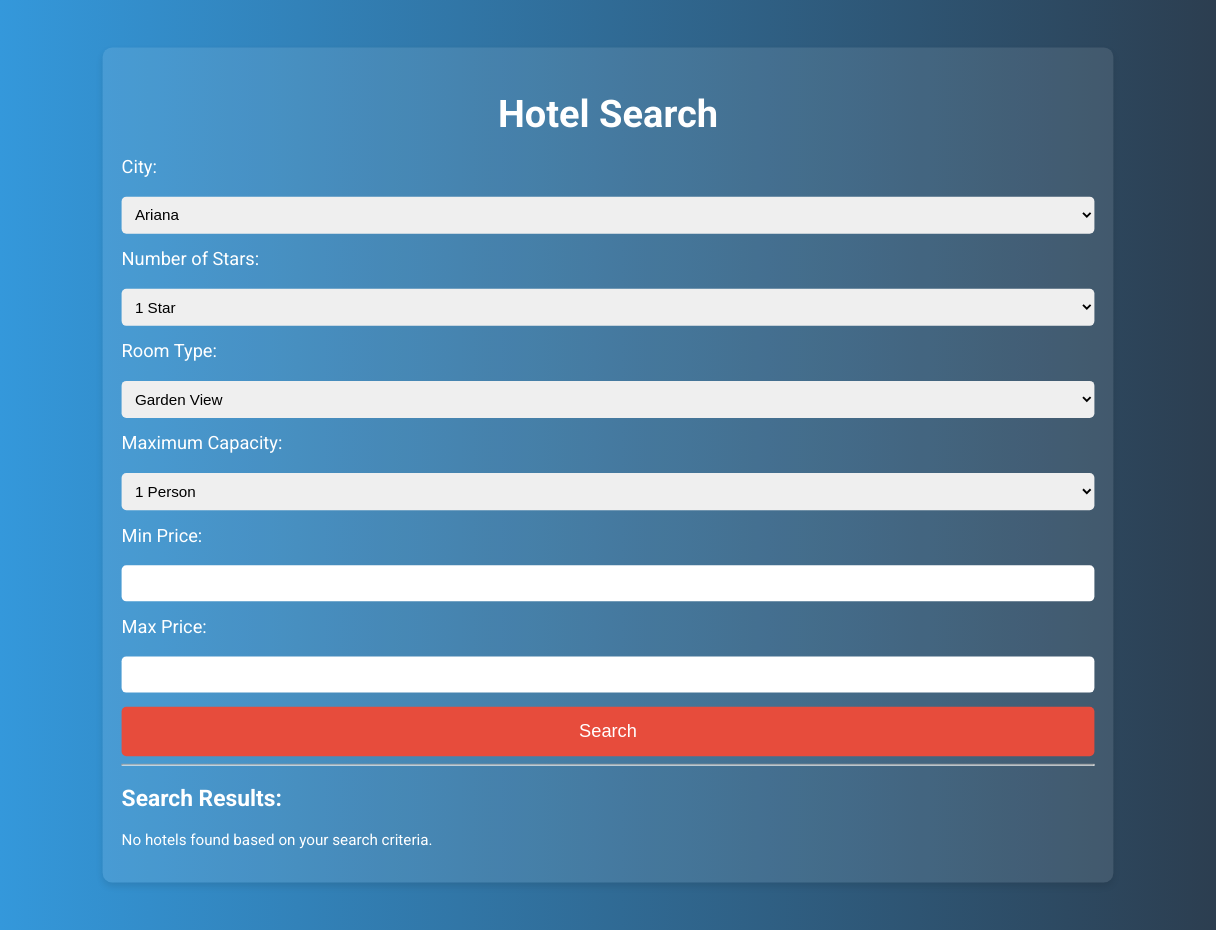
Repository: ToumiFourat/HotelManagementt
Page: http://localhost/Hotell/views/index.jsp
These files come from the project's save history. The page is drawn as it stood at one moment and after the next save; the edit follows.
The browser window is 1280 px wide. The pictures show the whole page, at 95% of full size.
The page is served by Tomcat 10. Other server files are loaded and not shown.

Above is the page before, as saved 2024-12-13 11:42:21.

### Hotell/src/main/webapp/views/index.jsp
<%@ page contentType="text/html;charset=UTF-8" language="java" %>
	<%@ page import="java.util.List" %>
<%@ page import="model.Hotel" %>
<!DOCTYPE html>
<html>
<head>
    <meta charset="UTF-8">
    <title>Hotel Search</title>
    <style>
        @import url('https://fonts.googleapis.com/css2?family=Roboto:wght@400;700&display=swap');

        body {
            font-family: 'Roboto', sans-serif;
            margin: 0;
            padding: 0;
            background: linear-gradient(to right, #3498db, #2c3e50);
            color: #fff;
        }

        .container {
            width: 80%;
            margin: 50px auto;
            padding: 20px;
            background: rgba(255, 255, 255, 0.1);
            border-radius: 10px;
            box-shadow: 0 4px 8px rgba(0, 0, 0, 0.1);
            animation: fadeIn 1s ease-in-out;
        }

        h1 {
            text-align: center;
            font-size: 2.5em;
            margin-bottom: 20px;
            color: #fff;
        }

        form {
            display: flex;
            flex-direction: column;
            gap: 15px;
            animation: slideIn 1s ease-in-out;
        }

        label {
            font-size: 1.2em;
            margin-bottom: 5px;
        }

        input[type="text"], input[type="number"], select {
            padding: 10px;
            font-size: 1em;
            border: none;
            border-radius: 5px;
            width: 100%;
            box-sizing: border-box;
        }

        button {
            padding: 15px;
            font-size: 1.2em;
            color: #fff;
            background-color: #e74c3c;
            border: none;
            border-radius: 5px;
            cursor: pointer;
            transition: background-color 0.3s ease;
        }

        button:hover {
            background-color: #c0392b;
        }

        .results {
            margin-top: 20px;
            animation: fadeIn 2s ease-in-out;
        }

        .result-item {
            background: rgba(255, 255, 255, 0.3);
            padding: 10px;
            border-radius: 5px;
            margin-bottom: 10px;
            transition: transform 0.3s ease;
            display: flex;
            align-items: center;
        }

        .result-item img {
            width: 150px;
            height: 100px;
            object-fit: cover;
            margin-right: 20px;
        }

        .result-item:hover {
            transform: scale(1.05);
        }

        .result-item h3 {
            margin: 0;
            color: #fff;
        }

        .result-item p {
            margin: 5px 0;
            color: #ddd;
        }

        @keyframes fadeIn {
            from {
                opacity: 0;
            }
            to {
                opacity: 1;
            }
        }

        @keyframes slideIn {
            from {
                transform: translateY(50px);
                opacity: 0;
            }
            to {
                transform: translateY(0);
                opacity: 1;
            }
        }
    </style>
</head>
<body>
    <div class="container">
        <h1>Hotel Search</h1>
        <form action="${pageContext.request.contextPath}/SearchServlet"  method="post">
        <label>City:</label>
        <select name="city" required>
            <option value="Ariana">Ariana</option>
            <option value="Sousse">Sousse</option>
            <option value="Monastir">Monastir</option>
        </select>

        <label>Number of Stars:</label>
        <select name="stars" required>
            <option value="1">1 Star</option>
            <option value="2">2 Stars</option>
            <option value="3">3 Stars</option>
            <option value="4">4 Stars</option>
            <option value="5">5 Stars</option>
        </select>

        <label>Room Type:</label>
        <select name="roomType" required>
            <option value="gardenView">Garden View</option>
            <option value="seaView">Sea View</option>
            <option value="suite">Suite</option>
        </select>

        <label>Maximum Capacity:</label>
        <select name="capacity" required>
            <option value="1">1 Person</option>
            <option value="2">2 People</option>
            <option value="3">3 People</option>
            <option value="4">4 People</option>
        </select>

        <label>Min Price:</label>
        <input type="number" name="minPrice" min="0" required>

        <label>Max Price:</label>
        <input type="number" name="maxPrice" min="0" required>

        <button type="submit">Search</button>
    </form>

    <hr>

    <!-- Afficher les résultats si disponibles -->
    <h2>Search Results:</h2>
    <div>
        <%
            List<String> hotels = (List<String>) request.getAttribute("hotelResults");
            if (hotels != null && !hotels.isEmpty()) {
                for (String hotel : hotels) {
        %>
            <div><%= hotel %></div>
        <%
                }
            } else {
        %>
            <p>No hotels found based on your search criteria.</p>
        <%
            }
        %>
    </div>
    </div>
</body>
</html>

After the next save:
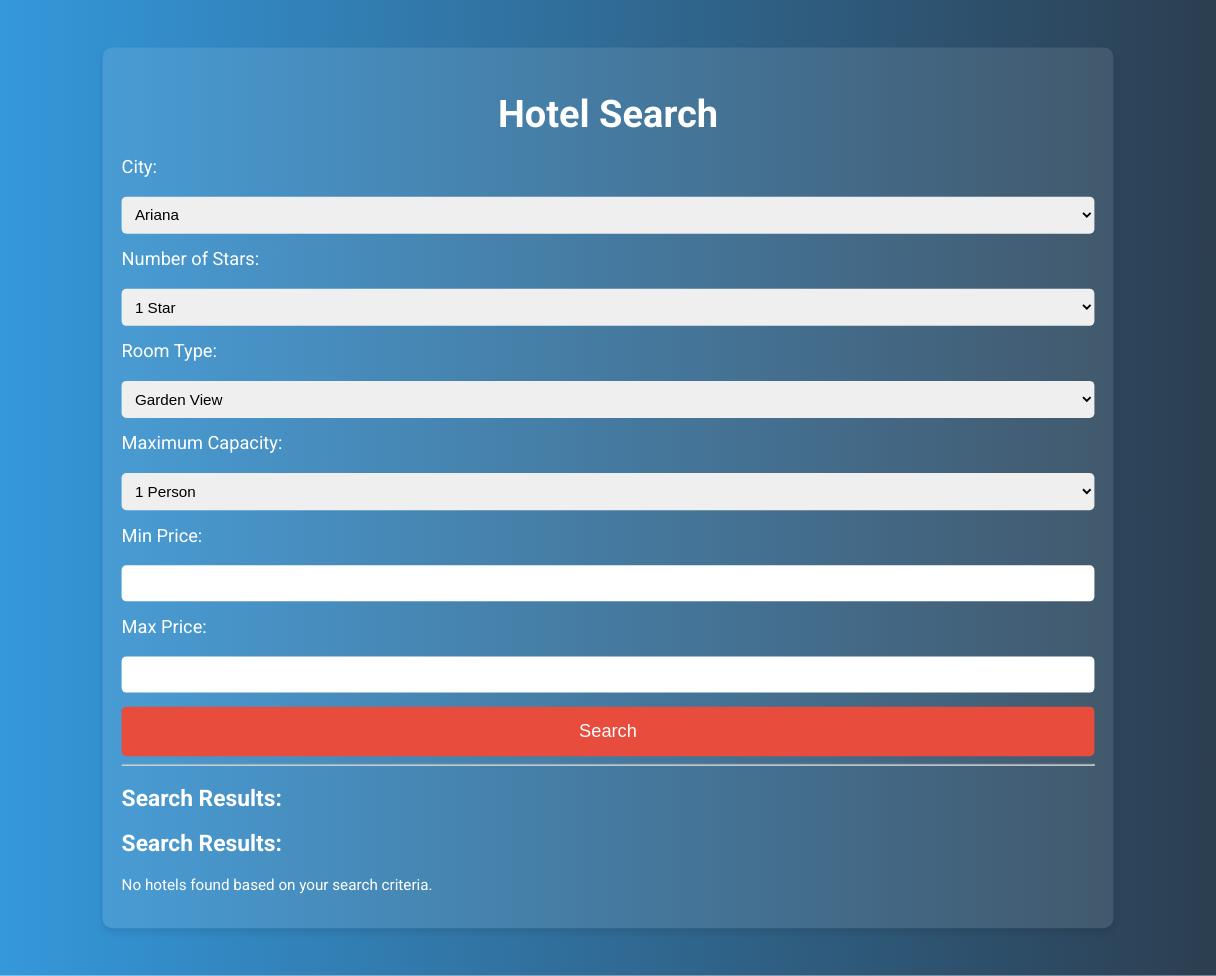
Saved 2 min 5 s later.
--- a/Hotell/src/main/webapp/views/index.jsp
+++ b/Hotell/src/main/webapp/views/index.jsp
@@ -175,22 +175,32 @@
 
     <!-- Afficher les résultats si disponibles -->
     <h2>Search Results:</h2>
-    <div>
-        <%
-            List<String> hotels = (List<String>) request.getAttribute("hotelResults");
-            if (hotels != null && !hotels.isEmpty()) {
-                for (String hotel : hotels) {
-        %>
-            <div><%= hotel %></div>
-        <%
-                }
-            } else {
-        %>
-            <p>No hotels found based on your search criteria.</p>
-        <%
-            }
-        %>
-    </div>
+    <div class="results">
+    <h2>Search Results:</h2>
+    <%
+        List<String> hotels = (List<String>) request.getAttribute("hotelResults");
+        if (hotels != null && !hotels.isEmpty()) {
+            for (String hotelDetail : hotels) {
+    %>
+        <div class="result-item">
+            <img src="images/hotel3.avif" alt="Hotel Image">
+            <div>
+                <h3><%= hotelDetail.split(",")[0] %></h3>
+                <p>Stars: <%= hotelDetail.split(",")[1].replace("Stars: ", "") %></p>
+                <p>Room Type: <%= hotelDetail.split(",")[2].replace("Room Type: ", "") %></p>
+                <p>Price: <%= hotelDetail.split(",")[3].replace("Price: ", "") %> per night</p>
+            </div>
+        </div>
+    <%
+            }
+        } else {
+    %>
+        <p>No hotels found based on your search criteria.</p>
+    <%
+        }
+    %>
+</div>
+
     </div>
 </body>
 </html>

After the save that followed:
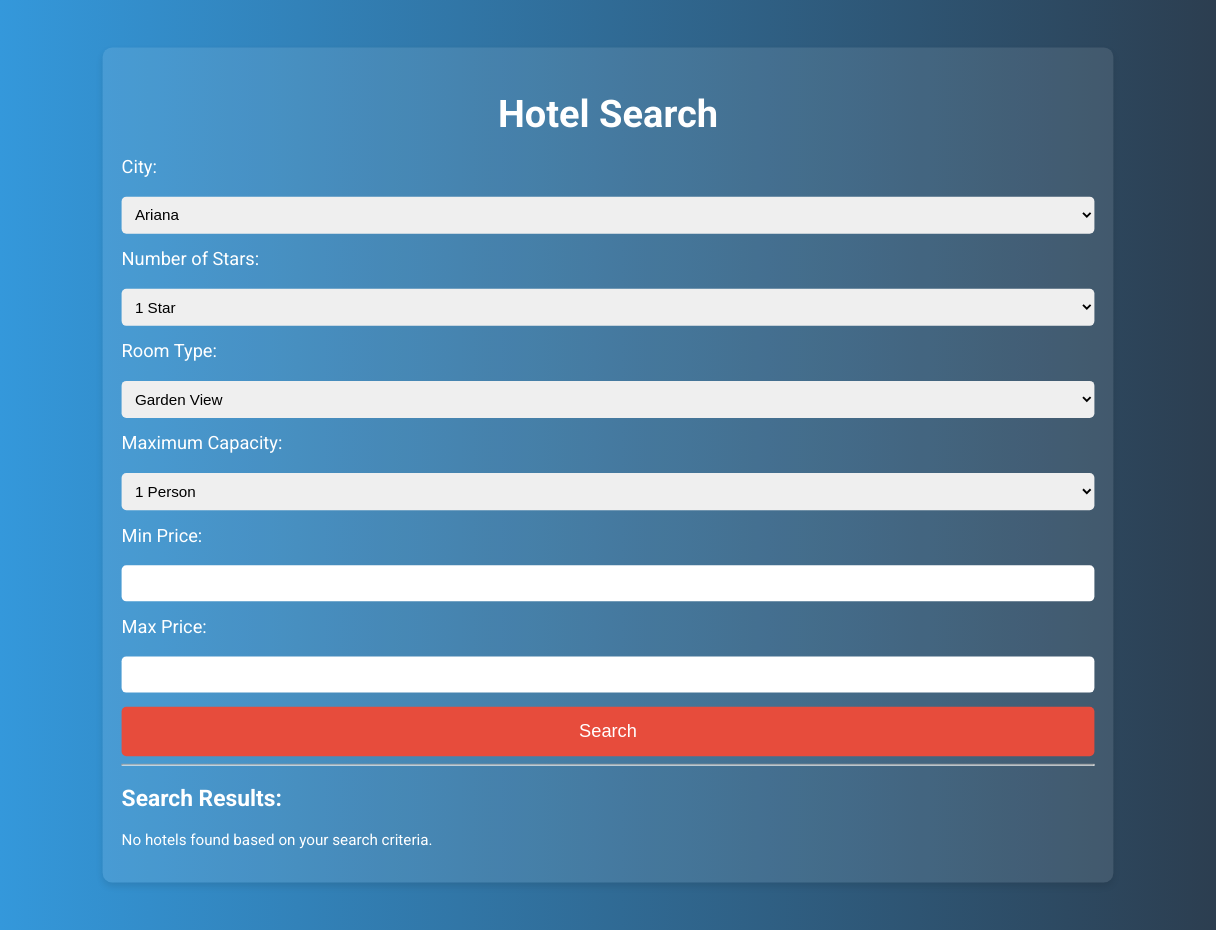
Saved 40 s later.
--- a/Hotell/src/main/webapp/views/index.jsp
+++ b/Hotell/src/main/webapp/views/index.jsp
@@ -175,32 +175,22 @@
 
     <!-- Afficher les résultats si disponibles -->
     <h2>Search Results:</h2>
-    <div class="results">
-    <h2>Search Results:</h2>
-    <%
-        List<String> hotels = (List<String>) request.getAttribute("hotelResults");
-        if (hotels != null && !hotels.isEmpty()) {
-            for (String hotelDetail : hotels) {
-    %>
-        <div class="result-item">
-            <img src="images/hotel3.avif" alt="Hotel Image">
-            <div>
-                <h3><%= hotelDetail.split(",")[0] %></h3>
-                <p>Stars: <%= hotelDetail.split(",")[1].replace("Stars: ", "") %></p>
-                <p>Room Type: <%= hotelDetail.split(",")[2].replace("Room Type: ", "") %></p>
-                <p>Price: <%= hotelDetail.split(",")[3].replace("Price: ", "") %> per night</p>
-            </div>
-        </div>
-    <%
+    <div>
+        <%
+            List<String> hotels = (List<String>) request.getAttribute("hotelResults");
+            if (hotels != null && !hotels.isEmpty()) {
+                for (String hotel : hotels) {
+        %>
+            <div><%= hotel %></div>
+        <%
+                }
+            } else {
+        %>
+            <p>No hotels found based on your search criteria.</p>
+        <%
             }
-        } else {
-    %>
-        <p>No hotels found based on your search criteria.</p>
-    <%
-        }
-    %>
-</div>
-
+        %>
+    </div>
     </div>
 </body>
 </html>
